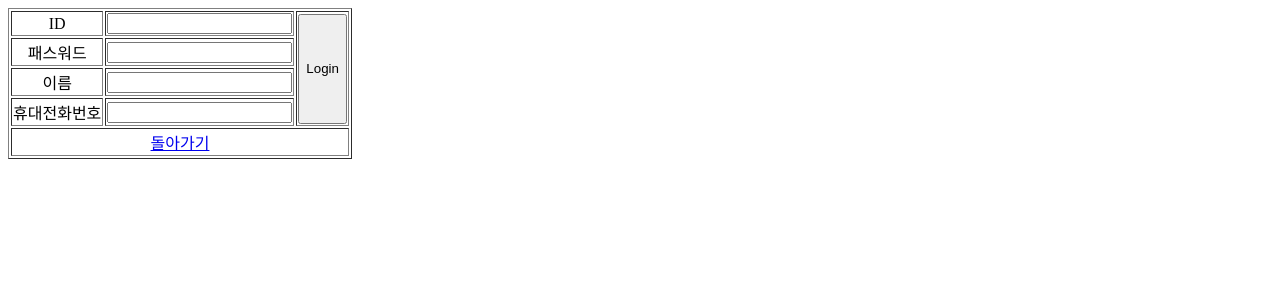
Repository: wake45/Web_Programming_Project
Page: Web_기말프로젝트_20145150_이상욱/Project/WebContent/findId.html
An editor plug-in stored every save of this project. The page is shown before and after the next save, followed by the edit.
The browser window is 1280 px wide. The pictures show the whole page.

Above is the page before, as saved 2018-06-11 07:38:32.

After the next save:
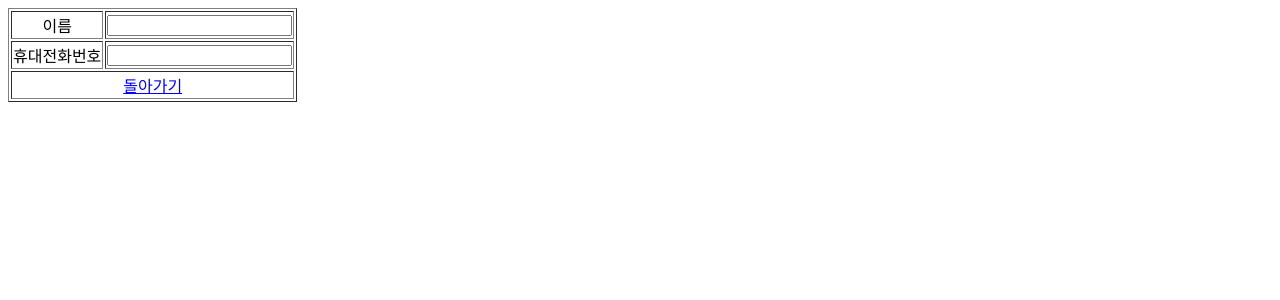
Saved 32 s later.
--- a/Web_기말프로젝트_20145150_이상욱/Project/WebContent/findId.html
+++ b/Web_기말프로젝트_20145150_이상욱/Project/WebContent/findId.html
@@ -6,13 +6,6 @@
 </head>
 <body>
 	<table border=collapse>
-		<tr>
-			<td align="center">ID
-			<td> <input type=text name=id>
-			<td rowspan="4" align="center"><input type=submit value=Login style="height: 110px;"></td>
-		<tr>
-			<td align="center">패스워드
-			<td><input type=password name=password>
 		<tr>
 			<td align="center">이름
 			<td><input type=text name=name>
